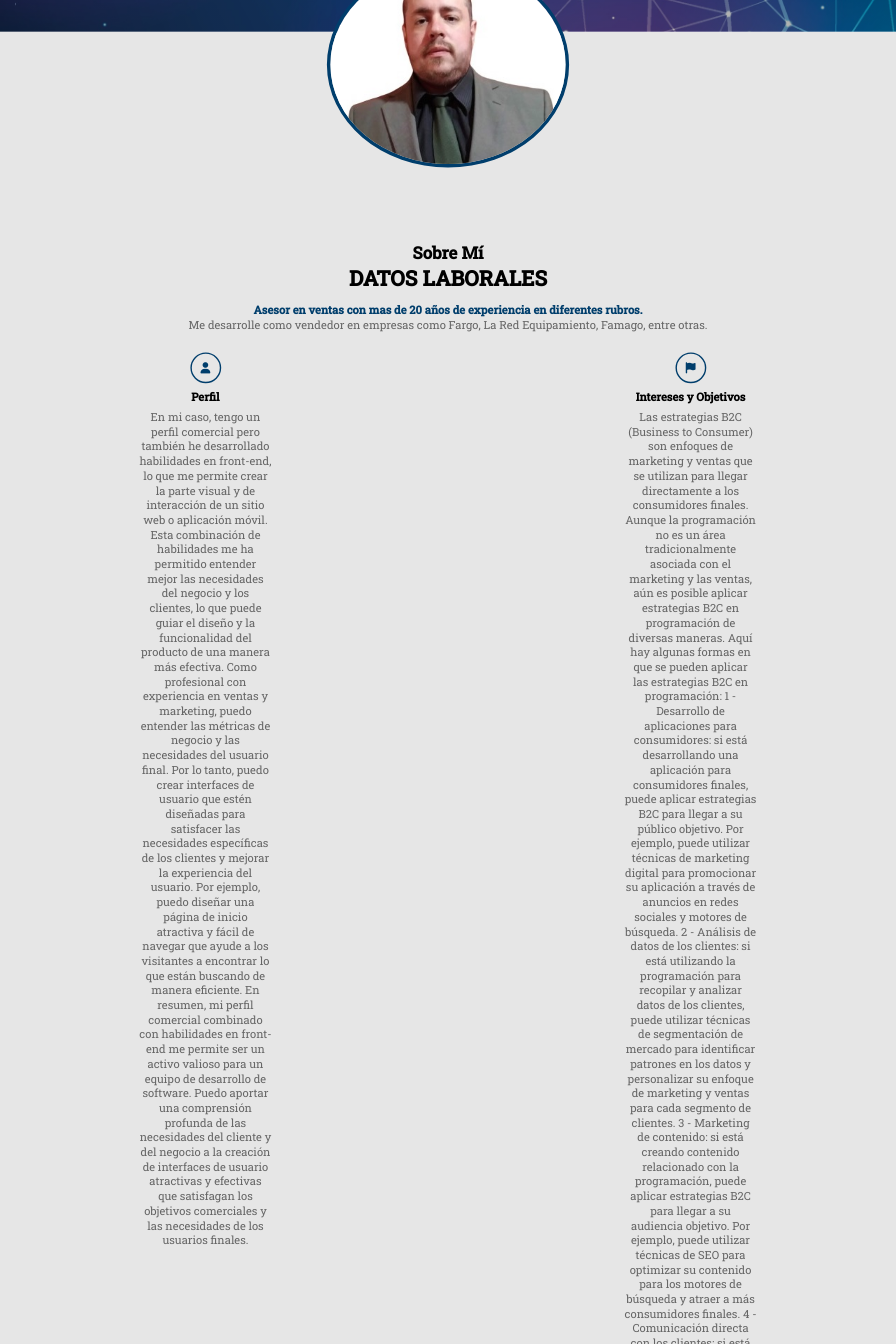
Repository: PabloSebastianPorto/Entrega-CV-1-ARG-PROG
Page: CVFINAL/CVfinal.HTML
An editor plug-in stored every save of this project. The page is shown before and after the next save, followed by the edit.
The browser window is 1280 px wide. The pictures show the part of the page from y = 329 to 2249 px (the page is 3124 px tall before and 2924 px after), at 70% of full size.
Some web libraries are served in a nearby version.

Above is the page before, as saved 2023-02-27 17:38:57.

### CVFINAL/CVfinal.HTML
<!DOCTYPE html>
<html lang="es">
  <head>
    <meta charset="UTF-8" />
    <meta http-equiv="X-UA-Compatible" content="IE=edge" />
    <meta name="viewport" content="width=device-width, initial-scale=1.0" />
    <title>Document</title>
    <link
      rel="stylesheet"
      href="https://cdnjs.cloudflare.com/ajax/libs/font-awesome/6.3.0/css/all.min.css"
      integrity="sha512-SzlrxWUlpfuzQ+pcUCosxcglQRNAq/DZjVsC0lE40xsADsfeQoEypE+enwcOiGjk/bSuGGKHEyjSoQ1zVisanQ=="
      crossorigin="anonymous"
      referrerpolicy="no-referrer"
    />
    <link rel="stylesheet" href="CVfinal.css" />
    <title>CV Pablo Sebastián Porto</title>
  </head>
  <body>
    <section class="inicio" id="inicio">
      <div class="contenido-seccion">
        <header>
          <div class="nav-clas"></div>
          <i class="fa-solid fa-bars"></i>
          <nav id="nav" class="nav">
            <a href="#Inicio">Inicio</a>
            <a href="#Sobre Mí">Sobre Mí</a>
            <a href="#Habilidades">Habilidades</a>
            <a href="#Contactame">Contactame</a>
          </nav>
        </header>
        <div class="info">
          <h1>PABLO SEBASTIÁN PORTO</h1>
          <h2>
            Agente de Propaganda Médica, Vendedor Profesional, Desarrollador
            front-end JR
          </h2>
          <div class="redes">
            <a href="#"><i class="fa-brands fa-twitter"></i></a>
            <a href="#"><i class="fa-brands fa-facebook"></i></a>
            <a href="#"><i class="fa-brands fa-instagram"></i></a>
            <a href="#"><i class="fa-brands fa-twitch"></i></a>
            <a href="#"><i class="fa-brands fa-linkedin"></i></a>
          </div>
        </div>
        <div class="foto">
          <img
            src="IMG/CVfoto.jpg"
            alt="Aca va una imagen, pero se la robaron"
          />
        </div>
      </div>
    </section>
    <section class="sobremi" id="sobremi">
      <div class="contenido-seccion">
        <h2 class="titulo-seccion">Sobre Mí</h2>
        <h3>Datos Laborales</h3>
        <p class="especial">
          Asesor en ventas con mas de 20 años de experiencia en diferentes
          rubros.
        </p>
        <p>
          Me desarrolle como vendedor en empresas como Fargo, La Red
          Equipamiento, Famago, entre otras.
        </p>
        <div class="fila">
          <div class="col">
            <i class="fa-solid fa-user"></i>
            <span class="titulo-detalle">Perfil</span>
            <p>
              En mi caso, tengo un perfil comercial pero también he desarrollado
              habilidades en front-end, lo que me permite crear la parte visual
              y de interacción de un sitio web o aplicación móvil. Esta
              combinación de habilidades me ha permitido entender mejor las
              necesidades del negocio y los clientes, lo que puede guiar el
              diseño y la funcionalidad del producto de una manera más efectiva.
              Como profesional con experiencia en ventas y marketing, puedo
              entender las métricas de negocio y las necesidades del usuario
              final. Por lo tanto, puedo crear interfaces de usuario que estén
              diseñadas para satisfacer las necesidades específicas de los
              clientes y mejorar la experiencia del usuario. Por ejemplo, puedo
              diseñar una página de inicio atractiva y fácil de navegar que
              ayude a los visitantes a encontrar lo que están buscando de manera
              eficiente. En resumen, mi perfil comercial combinado con
              habilidades en front-end me permite ser un activo valioso para un
              equipo de desarrollo de software. Puedo aportar una comprensión
              profunda de las necesidades del cliente y del negocio a la
              creación de interfaces de usuario atractivas y efectivas que
              satisfagan los objetivos comerciales y las necesidades de los
              usuarios finales.
            </p>
          </div>
          <div class="col">
            <i class="fa-solid fa-flag"></i>
            <span class="titulo-detalle">Intereses y Objetivos</span>
            <p>
              Las estrategias B2C (Business to Consumer) son enfoques de
              marketing y ventas que se utilizan para llegar directamente a los
              consumidores finales. Aunque la programación no es un área
              tradicionalmente asociada con el marketing y las ventas, aún es
              posible aplicar estrategias B2C en programación de diversas
              maneras. Aquí hay algunas formas en que se pueden aplicar las
              estrategias B2C en programación: 1 - Desarrollo de aplicaciones
              para consumidores: si está desarrollando una aplicación para
              consumidores finales, puede aplicar estrategias B2C para llegar a
              su público objetivo. Por ejemplo, puede utilizar técnicas de
              marketing digital para promocionar su aplicación a través de
              anuncios en redes sociales y motores de búsqueda. 2 - Análisis de
              datos de los clientes: si está utilizando la programación para
              recopilar y analizar datos de los clientes, puede utilizar
              técnicas de segmentación de mercado para identificar patrones en
              los datos y personalizar su enfoque de marketing y ventas para
              cada segmento de clientes. 3 - Marketing de contenido: si está
              creando contenido relacionado con la programación, puede aplicar
              estrategias B2C para llegar a su audiencia objetivo. Por ejemplo,
              puede utilizar técnicas de SEO para optimizar su contenido para
              los motores de búsqueda y atraer a más consumidores finales. 4 -
              Comunicación directa con los clientes: si está desarrollando
              software o aplicaciones para empresas que luego serán utilizadas
              por consumidores finales, puede aplicar estrategias B2C para
              mejorar la comunicación directa con los clientes. Por ejemplo,
              puede utilizar herramientas de chat en vivo para permitir que los
              clientes se comuniquen directamente con su equipo de soporte
              técnico. En resumen, aunque la programación no está directamente
              relacionada con el marketing y las ventas, aún es posible aplicar
              estrategias B2C en programación para llegar a los consumidores
              finales de diversas maneras.
            </p>
          </div>
        </div>
      </div>
    </section>
  </body>
</html>

### CVFINAL/CVfinal.css
@import url("https://fonts.googleapis.com/css2?family=Roboto+Slab:wght@100;200;300;400;500&display=swap");
* {
  font-family: "Roboto Slab", serif;
  margin: 0;
  padding: 0;
}
html {
  scroll-behavior: smooth;
}
.inicio {
  background: linear-gradient(rgba(0, 0, 0, 0.3), rgba(0, 0, 0, 0.3)),
    url(IMG/imagen-fondo.jpg);
  background-size: cover;
  background-position: center center;
  color: #ffffff;
}
.inicio .contenido-seccion {
  max-width: 1000px;
  margin: auto;
  text-align: center;
  padding: 0 10px;
}
.inicio .contenido-seccion header {
  padding: 30px;
}
.inicio .contenido-seccion header nav {
  position: fixed;
  margin-left: 60px;
  background-color: #2b092e;
  padding: 15px;
  border-radius: 10px;
  text-align: left;
  z-index: 99;
  display: none;
}
.inicio .contenido-seccion header nav a {
  display: block;
  color: #86e41b;
  text-decoration: none;
  margin-bottom: 10px;
  font-weight: bold;
}
.inicio .contenido-seccion header .nav-bar {
  position: fixed;
  background-color: #940253;
  font-size: 20px;
  width: 50px;
  height: 50px;
  border-radius: 50%;
  line-height: 50px;
  cursor: pointer;
  transition: 0.3s;
}
.inicio .contenido-seccion header .nav-bar:hover {
  box-shadow: 0 0 35px #fff;
}
.inicio .contenido-seccion .info {
  padding-bottom: 130px;
}
.inicio .contenido-seccion .info h1 {
  font-size: 3rem;
  letter-spacing: 5px;
}
.inicio .contenido-seccion .info h2 {
  font-weight: normal;
  font-size: 20px;
  margin-top: -10px;
  letter-spacing: 2px;
}
.inicio .contenido-seccion .info .redes {
  margin: 20px 0;
}
.inicio .contenido-seccion .info .redes a {
  display: inline-block;
  text-decoration: none;
  background-color: #000;
  color: #ffffff;
  border: 2px solid #ffffff;
  border-radius: 50%;
  width: 40px;
  height: 40px;
  line-height: 40px;
  margin: 0 5px;
  transition: 0.3s;
}
.inicio .contenido-seccion .info .redes a:hover {
  color: #fff;
  background-color: #003e6c;
  box-shadow: 0 0 20px #fff;
}
.inicio .contenido-seccion .foto {
  position: relative;
}
.inicio .contenido-seccion .foto img {
  max-width: 350px;
  max-height: 350px;
  border-radius: 50%;
  border: 5px solid #003e6c;
  position: absolute;
  left: 50%;
  top: -100px;
  transform: translateX(-50%);
}
.sobremi {
  background-color: #e6e6e6;
  padding: 300px 0 300px 0;
  text-align: center;
}
.sobremi .contenido-seccion {
  max-width: 3000px;
  margin: auto;
  padding: 0 10px;
}
.sobremi .contenido-seccion h3 {
  text-transform: uppercase;
  font-size: 30px;
}
.sobremi .contenido-seccion .especial {
  color: #003e6c;
  font-weight: bold;
  margin-top: 15px;
}
.sobremi .contenido-seccion p {
  max-width: 1000px;
  margin: auto;
  color: #666;
  padding-left: 5cm;
  padding-right: 5cm;
}
.sobremi .contenido-seccion .fila {
  display: flex;
  margin-top: 30px;
  justify-content: space-between;
}
.sobremi .contenido-seccion .fila .col {
  width: 45%;
}
.sobremi .contenido-seccion .fila .col i {
  color: #003e6c;
  display: inline-block;
  width: 40px;
  height: 40px;
  border: 2px solid #003e6c;
  line-height: 40px;
  border-radius: 50%;
}
.sobremi .contenido-seccion .fila .col span {
  display: block;
  font-weight: bold;
  margin: 8px 0;
}

After the next save:
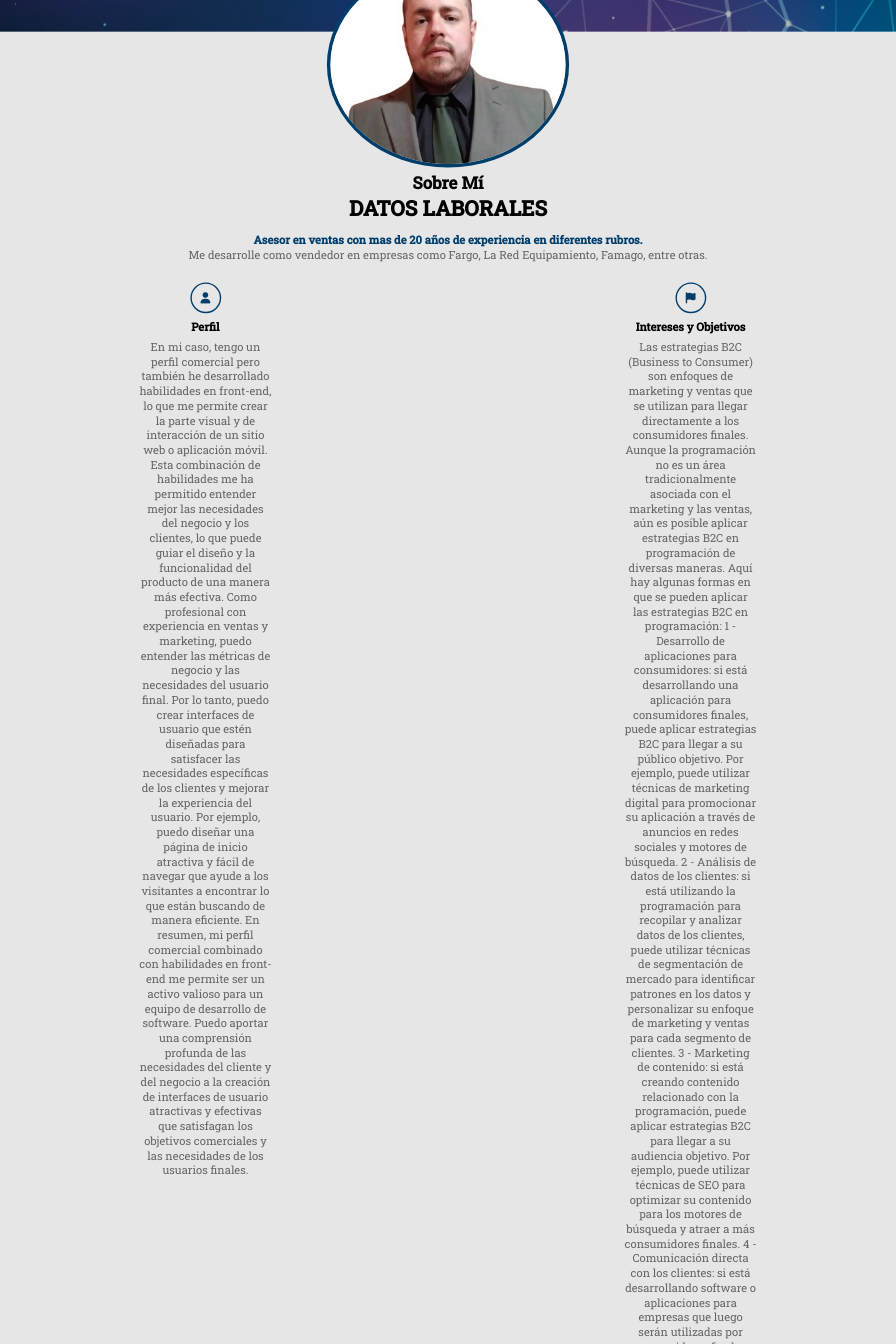
Saved 22 s later.
--- a/CVFINAL/CVfinal.css
+++ b/CVFINAL/CVfinal.css
@@ -103,7 +103,7 @@ html {
 }
 .sobremi {
   background-color: #e6e6e6;
-  padding: 300px 0 300px 0;
+  padding: 200px 0 200px 0;
   text-align: center;
 }
 .sobremi .contenido-seccion {
